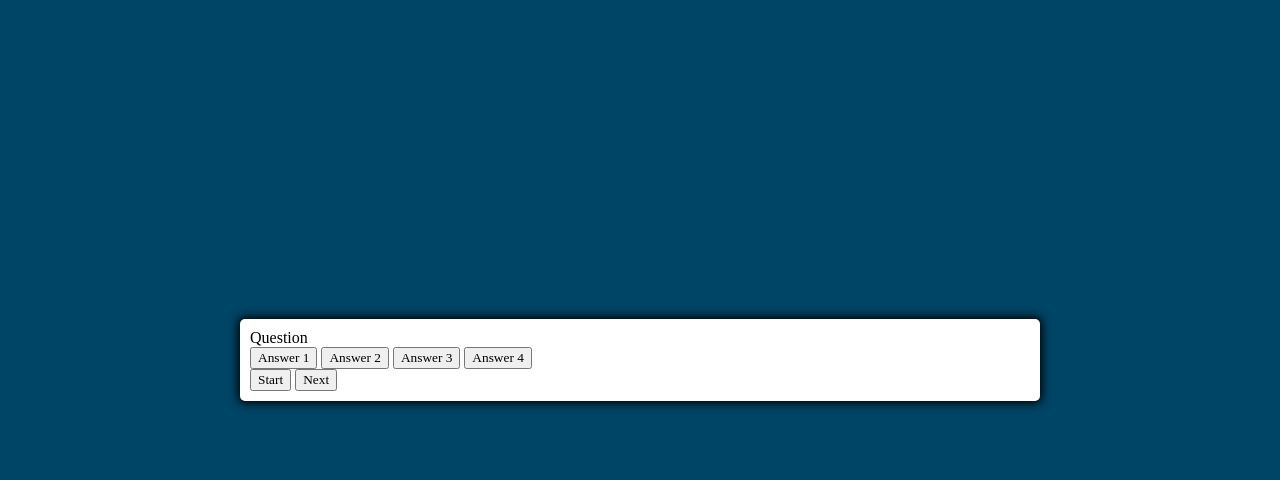
Repository: DaNiels89/quiz-js
Page: index.html
These files come from the project's save history. The page is drawn as it stood at one moment and after the next save; the edit follows.
The browser window is 1280 px wide. The pictures show the whole page.

Above is the page before, as saved 2020-06-22 09:47:06.

### index.html
<!DOCTYPE html>
<html lang="en">

<head>
    <meta charset="UTF-8">
    <meta name="viewport" content="width=device-width, initial-scale=1.0">
    <link rel="stylesheet" href="css/styles.css">
    <script defer scr="script.js"></script>
    <title>Quiz</title>
</head>

<body>
    <div class="container">
        <div id="question-container" class="hide">
            <div class="question">Question</div>
            <div id="answer-buttons" class="btn-grid">
                <button class="btn">Answer 1</button>
                <button class="btn">Answer 2</button>
                <button class="btn">Answer 3</button>
                <button class="btn">Answer 4</button>
            </div>
        </div>
        <div class="controls">
            <button id="start-btn" class="start-btn btn">Start</button>
            <button id="next-btn" class="next-btn btn">Next</button>
        </div>
    </div>
</body>

</html>

### css/styles.css
*, *::before, *::after {
    box-sizing: border-box;
    font-family: Gotham Rounded;
}

:root {
    --hue-neutral: 200;
    --hue-wrong: 0;
    --hue-correct: 145;
}

body {
    --hue: var(--hue-neutral);
    padding: 0;
    margin: 0;
    display: flex;
    width: 100vw;
    height: 100vh;
    justify-content: center;
    align-items: center;
    background-color: hsl(var(--hue), 100%, 20%);
}

body.correct {
    --hue: var(--hue-correct);
}

body.wrong {
    --hue: var(--hue-wrong);
}

.container {
    width: 800px;
    max-width: 80%;
    background-color: white;
    border-radius: 5px;
    padding: 10px;
    box-shadow: 0 0 10px 2px;
}

After the next save:
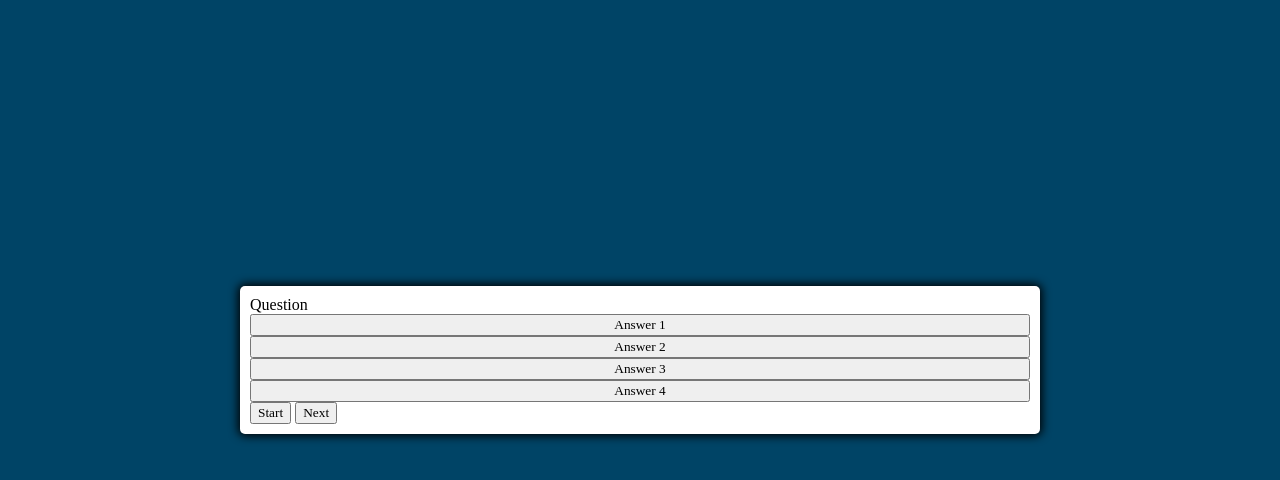
Saved 26 s later.
--- a/css/styles.css
+++ b/css/styles.css
@@ -37,3 +37,7 @@ body.wrong {
     padding: 10px;
     box-shadow: 0 0 10px 2px;
 }
+
+.btn-grid {
+    display: grid;
+}
